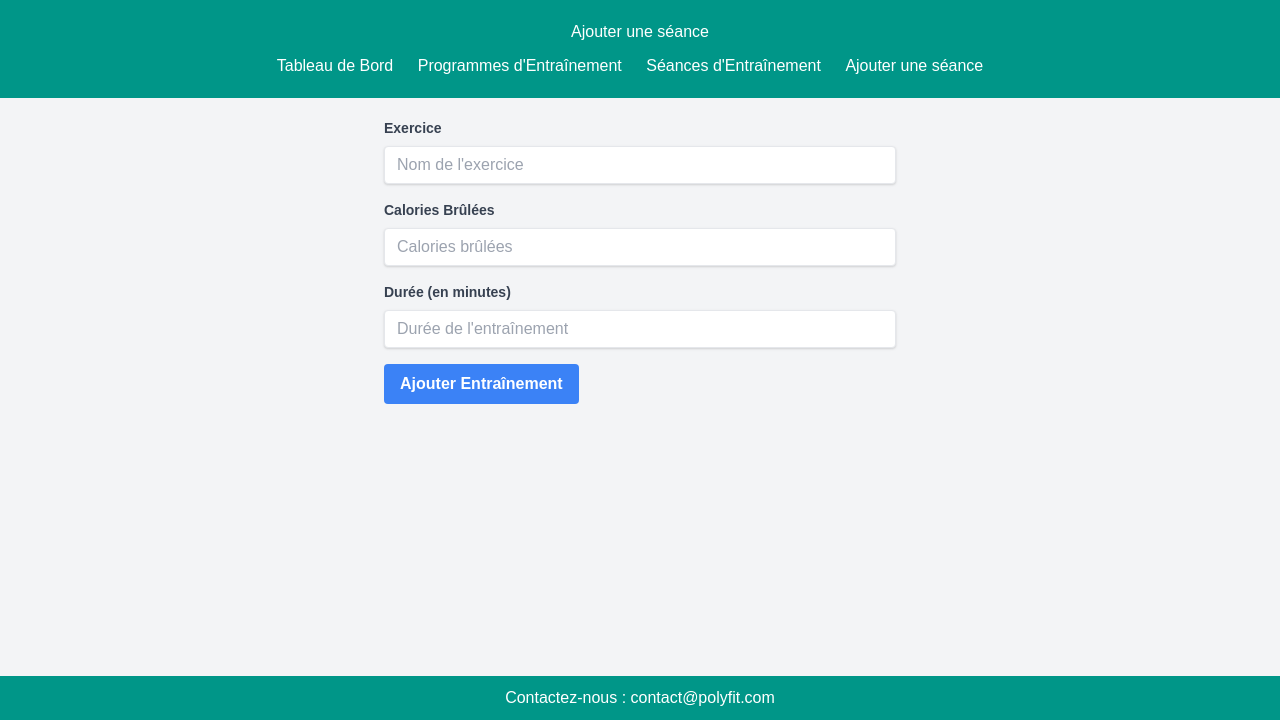
Repository: rimessouabni/polyfit
Page: src/main/resources/static/AddWorkout.html
An editor plug-in stored every save of this project. The page is shown before and after a run of saves, followed by the edit.
The browser window is 1280 px wide. The pictures show the whole page.

Above is the page before, as saved 2024-03-18 15:38:20.

### src/main/resources/static/AddWorkout.html
<!DOCTYPE html>
<html lang="fr">
<head>
    <meta charset="UTF-8">
    <meta name="viewport" content="width=device-width, initial-scale=1.0">
    <title>PolyFit - Ajouter séance</title>
    <link href="https://cdn.jsdelivr.net/npm/tailwindcss@2.2.19/dist/tailwind.min.css" rel="stylesheet">
    <link rel="stylesheet" href="styles.css">
</head>

<body class="bg-gray-100">
    <header>
        <h1>Ajouter une séance</h1>
        <nav>
            <ul>
                <li><a href="dashboard.html">Tableau de Bord</a></li>
                <li><a href="programs.html">Programmes d'Entraînement</a></li>
                <li><a href="workouts.html">Séances d'Entraînement</a></li>
                <li><a href="AddWorkout.html">Ajouter une séance</a></li>
            </ul>
        </nav>
    </header>

    <div class="container mx-auto py-8 px-4">
        <form class="max-w-lg mx-auto">
            <div class="mb-4">
                <label class="block text-gray-700 text-sm font-bold mb-2" for="exercise">Exercice</label>
                <input class="shadow appearance-none border rounded w-full py-2 px-3 text-gray-700 leading-tight focus:outline-none focus:shadow-outline" id="exercise" type="text" placeholder="Nom de l'exercice">
            </div>
            <div class="mb-4">
                <label class="block text-gray-700 text-sm font-bold mb-2" for="calories">Calories Brûlées</label>
                <input class="shadow appearance-none border rounded w-full py-2 px-3 text-gray-700 leading-tight focus:outline-none focus:shadow-outline" id="calories" type="number" placeholder="Calories brûlées">
            </div>
            <div class="mb-4">
                <label class="block text-gray-700 text-sm font-bold mb-2" for="duration">Durée (en minutes)</label>
                <input class="shadow appearance-none border rounded w-full py-2 px-3 text-gray-700 leading-tight focus:outline-none focus:shadow-outline" id="duration" type="number" placeholder="Durée de l'entraînement">
            </div>
            <div class="flex items-center justify-between">
                <button class="bg-blue-500 hover:bg-blue-700 text-white font-bold py-2 px-4 rounded focus:outline-none focus:shadow-outline" type="button">
                    Ajouter Entraînement
                </button>
            </div>
        </form>
    </div>

    <footer>
        <p>Contactez-nous : contact@polyfit.com</p>
    </footer>
</body>
</html>

### src/main/resources/static/styles.css
/* Reset des styles par défaut */
body, h1, h2, h3, p, ul, li {
    margin: 0;
    padding: 0;
}

body {
    font-family: Arial, sans-serif;
    background-color: #f5f5f5;
    color: #333;
}

header {
    background-color: #009688;
    color: #fff;
    padding: 20px;
    text-align: center;
}

header h1 {
    margin-bottom: 10px;
}

nav ul {
    list-style-type: none;
}

nav ul li {
    display: inline;
    margin-right: 20px;
}

nav ul li a {
    color: #fff;
    text-decoration: none;
}

.container {
    width: 80%;
    margin: 0 auto;
    padding: 20px;
}

.workout {
    background-color: #fff;
    border-radius: 5px;
    box-shadow: 0 0 10px rgba(0, 0, 0, 0.1);
    padding: 20px;
    margin-bottom: 20px;
}

.workout h3 {
    color: #009688;
    margin-bottom: 10px;
}

.workout p {
    color: #666;
    margin-bottom: 10px;
}

.workout ul {
    list-style-type: none;
}

.workout ul li {
    margin-bottom: 5px;
}

/* Styles pour les icônes */
.workout ul li img {
    width: 30px; /* Ajustez la taille des icônes ici */
    margin-right: 10px;
    vertical-align: middle;
}

footer {
    background-color: #009688;
    color: #fff;
    text-align: center;
    padding: 10px 0;
    position: fixed;
    width: 100%;
    bottom: 0;
}

After the next 2 saves:
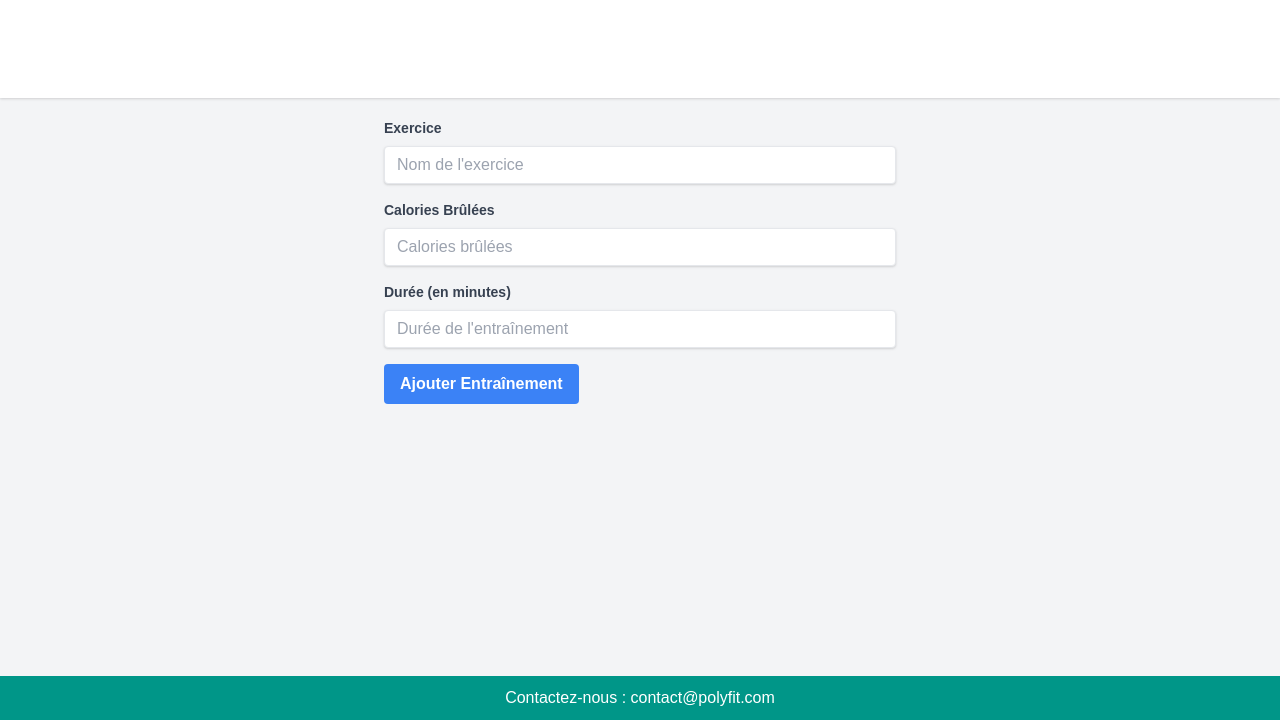
The 2 saves are shown as one change because they came seconds apart.
The last was saved 12 s later.
--- a/src/main/resources/static/AddWorkout.html
+++ b/src/main/resources/static/AddWorkout.html
@@ -9,7 +9,7 @@
 </head>
 
 <body class="bg-gray-100">
-    <header>
+    <header class="bg-white shadow">
         <h1>Ajouter une séance</h1>
         <nav>
             <ul>
